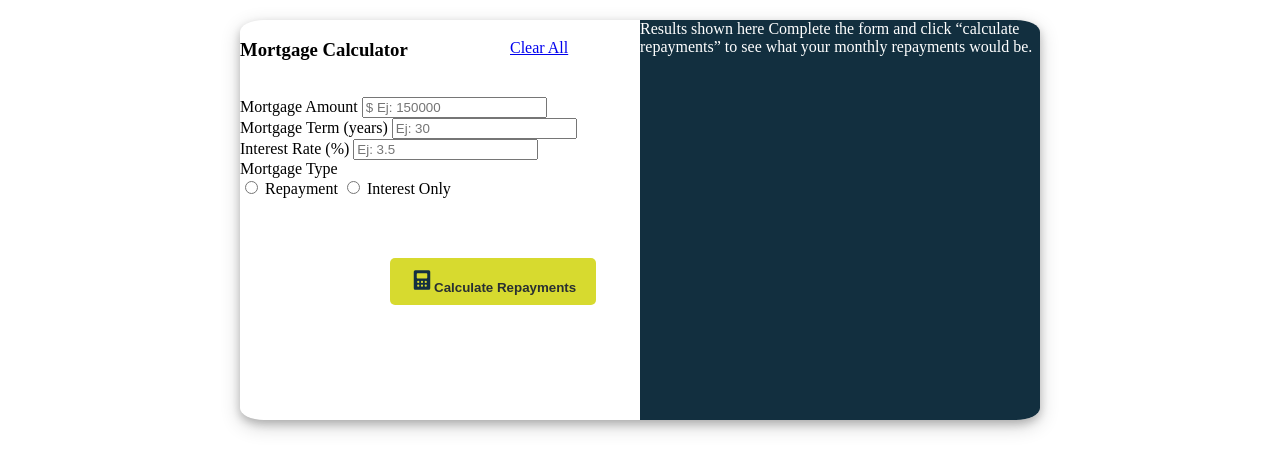
Repository: GravielPV/Mortgage-repayment-calculator
Page: index.html
These files come from the project's save history. The page is drawn as it stood at one moment and after a run of saves; the edit follows.
The browser window is 1280 px wide. The pictures show the whole page.

Above is the page before, as saved 2025-12-11 17:12:49.

After the next 2 saves:
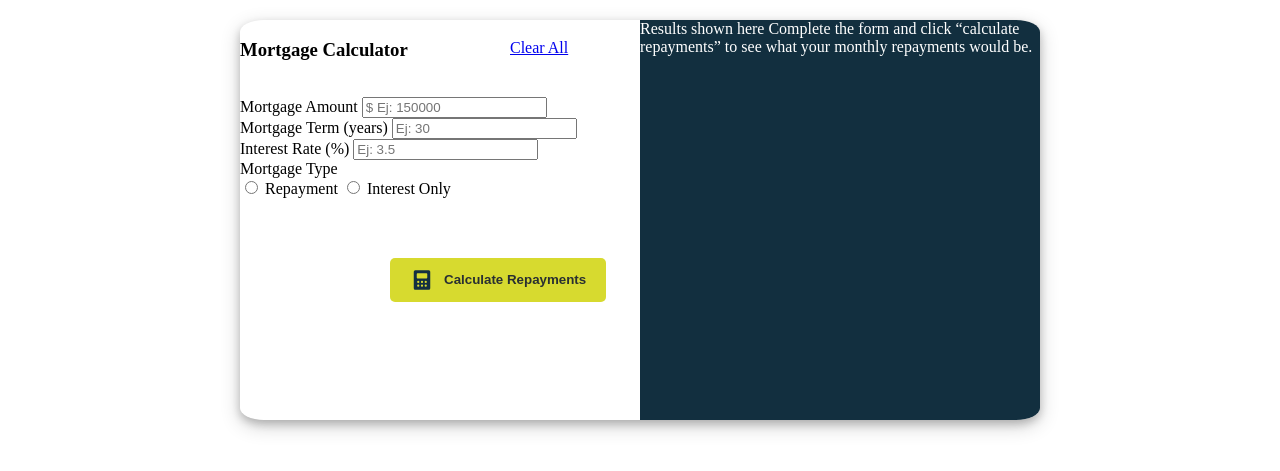
The 2 saves are shown as one change because they came seconds apart.
The last was saved 8 s later.
--- a/styles.css
+++ b/styles.css
@@ -50,3 +50,8 @@ a{
         cursor: pointer;
         font-weight: bold;
     }
+
+    button img{
+        margin-right: 10px;
+        vertical-align: middle;
+    }
